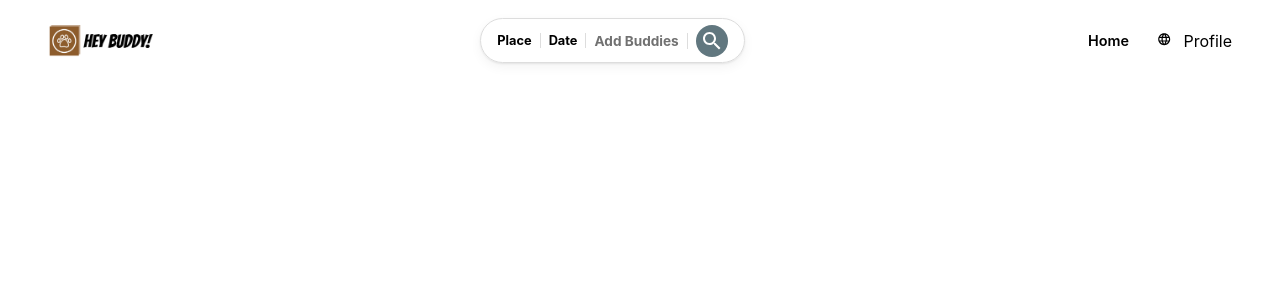
Repository: d4mp3/hey-buddy
Page: /
The author's editor kept a copy of each file at every save. The page is drawn from the files as they stood at one save, then again after the next save.
The browser window is 1280 px wide. The pictures show the whole page.
The project was rebuilt for these pictures with package versions that can differ from the ones it lists, and the page was loaded fresh each time. Also part of the build but not shown: next.config.js, vite.config.js.

Above is the page before, as saved 2023-03-16 23:02:58.

After the next save:
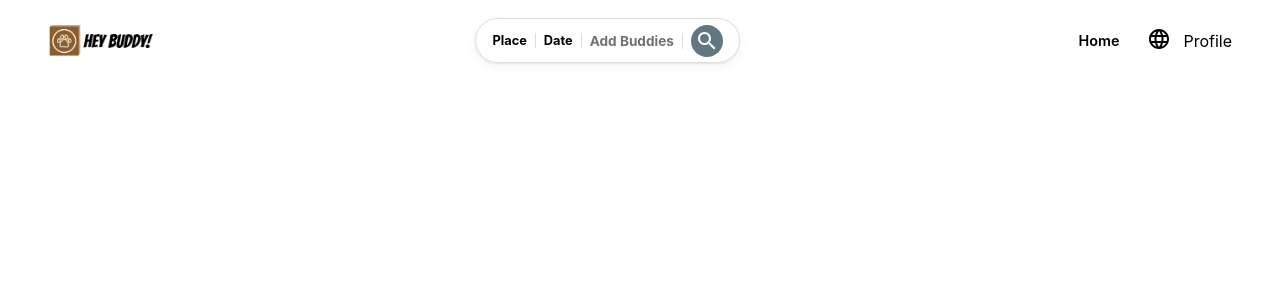
Saved 14 s later.
--- a/src/components/Header/Header.js
+++ b/src/components/Header/Header.js
@@ -20,7 +20,7 @@
         <div className="profile-container">
           <div className='hey-buddy-home'>Home</div>
           <div className='globe-div'>
-              <LanguageIcon sx={{fontSize:"0.9rem"}}/>
+              <LanguageIcon sx={{fontSize:"1.5rem"}}/>
           </div>
           <div className='profile-div'>Profile</div>
         </div>
